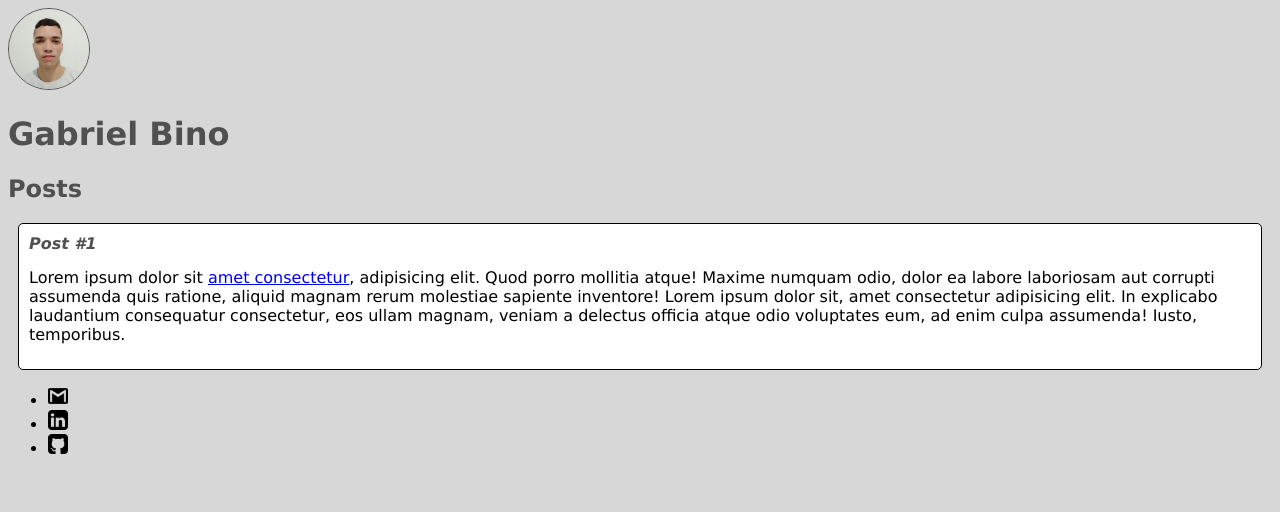
Repository: gabrielbino/projects-dio
Page: html e css/index.html
These files come from the project's save history. The page is drawn as it stood at one moment and after the next save; the edit follows.
The browser window is 1280 px wide. The pictures show the whole page.

Above is the page before, as saved 2021-10-15 18:44:07.

After the next save:
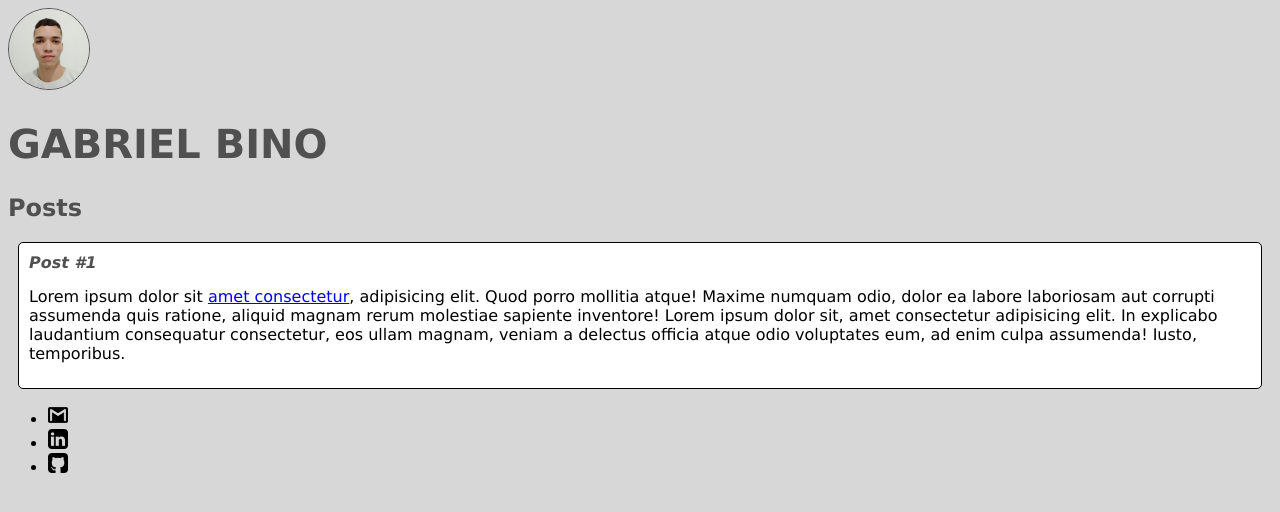
Saved 35 s later.
--- a/html e css/style.css
+++ b/html e css/style.css
@@ -14,7 +14,7 @@ body {
   color: #505050;
 }
 
-.title {
+#title {
   font-size: 40px;
   text-transform: uppercase;
 }
